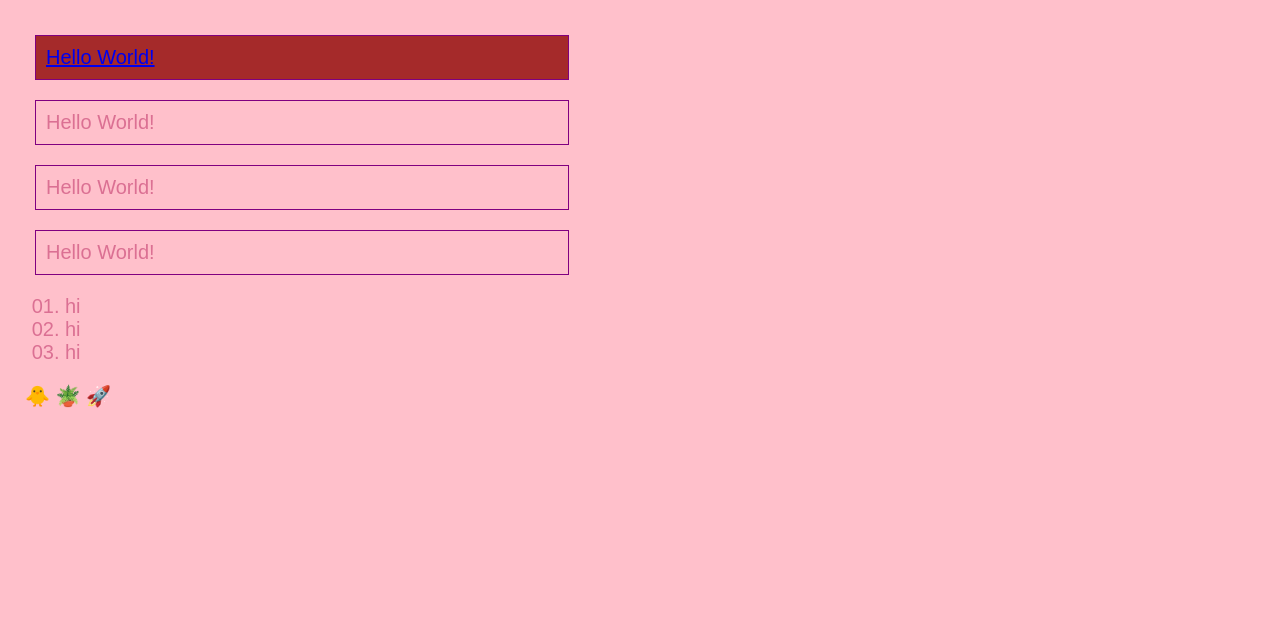
Repository: j1s00jang/MDIA-2109
Page: index2.html
These files come from the project's save history. The page is drawn as it stood at one moment and after the next save; the edit follows.
The browser window is 1280 px wide. The pictures show the whole page.

Above is the page before, as saved 2025-02-24 10:03:23.

After the next save:
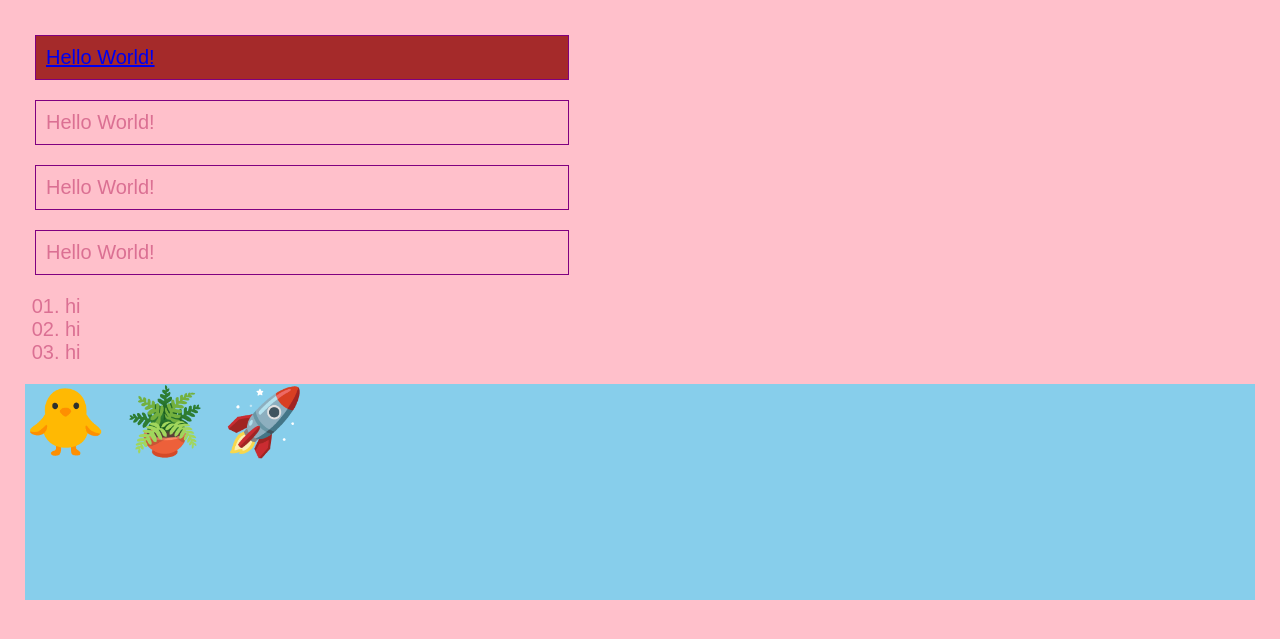
Saved 61 s later.
--- a/css/style.css
+++ b/css/style.css
@@ -98,3 +98,13 @@ ul {
     color: gray;
     font-size: 12px;
 }
+
+
+/* Animation */
+
+.css {
+    position: relative;
+    height: 30vh;
+    font-size: 65px;
+    background: skyblue;
+}
